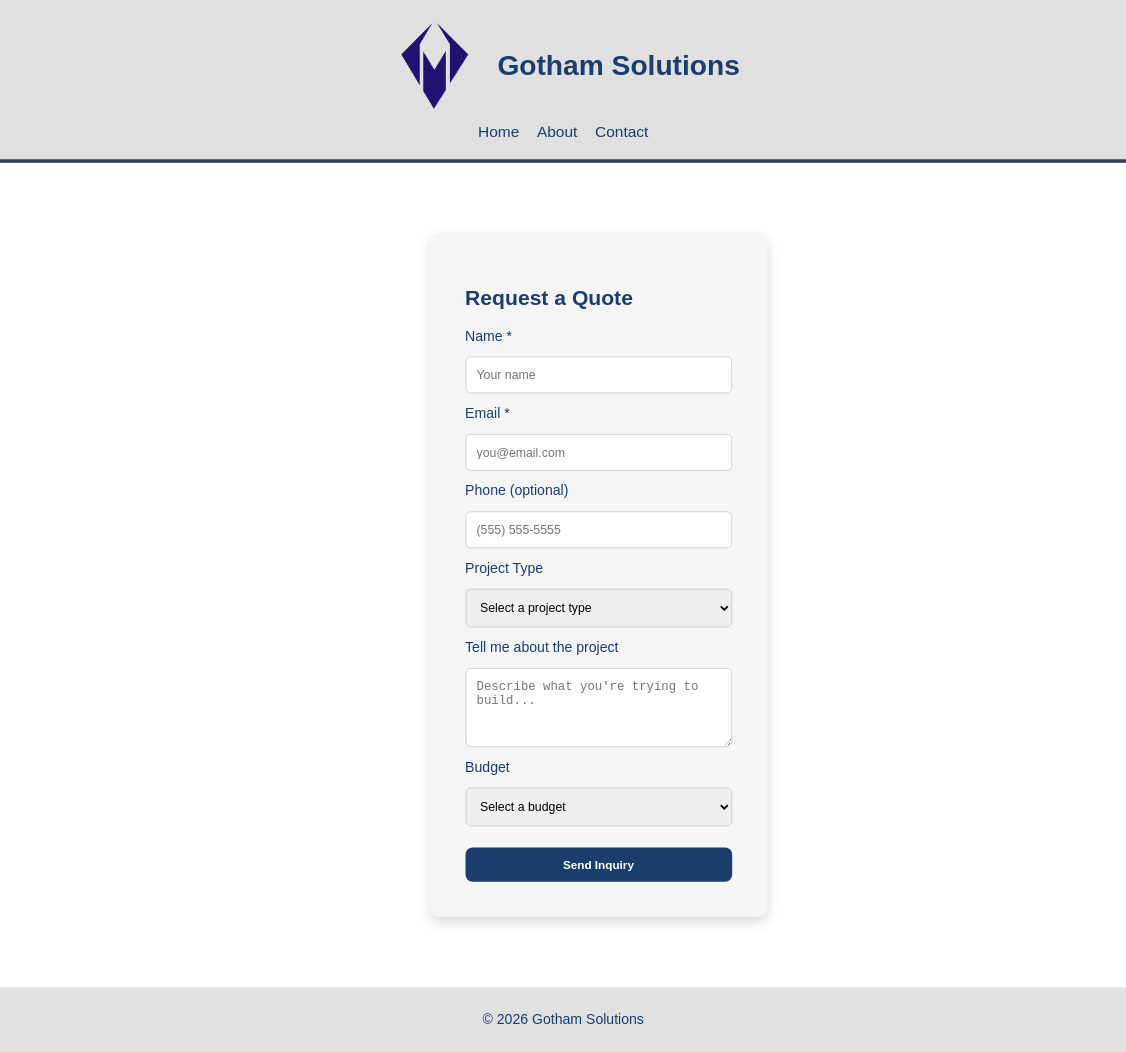
Repository: kmm569/gothamsolutions
Page: contact.html
These files come from the project's save history. The page is drawn as it stood at one moment and after a run of saves; the edit follows.
The browser window is 1280 px wide. The pictures show the whole page, at 88% of full size.

Above is the page before, as saved 2026-03-06 13:24:41.

### contact.html
<!DOCTYPE html>
<html lang="en">

<head>

	<meta charset="UTF-8">
	<meta name="viewport" content="width=device-width, initial-scale=1.0">

	<title>Contact - Gotham Solutions</title>

	<link rel="stylesheet" href="styles.css">
<link rel="icon" href="./icons/favicon.ico">
</head>

<body>

<header>

	<div class="logo-container">
		<img src="LogoSolo.png" alt="Gotham Solutions Logo" class="logo">
		<h1>Gotham Solutions</h1>
	</div>

	<nav>
		<ul>
			<li><a href="index.html" class="nav-link">Home</a></li>
			<li><a href="about.html" class="nav-link">About</a></li>
			<li><a href="contact.html" class="nav-link">Contact</a></li>
		</ul>
	</nav>

</header>

<main>
<section class="contact-section">
<div class="form-card">

<h2>Request a Quote</h2>

<form id="contactForm">

	<label>Name *</label>
	<input
		type="text"
		name="name"
		required
		minlength="2"
		placeholder="Your name"
	>

	<label>Email *</label>
	<input
		type="email"
		name="email"
		required
		placeholder="you@email.com"
	>

	<label>Phone (optional)</label>
	<input
		type="tel"
		name="phone"
		pattern="[0-9+\-\(\)\s]{7,}"
		placeholder="(555) 555-5555"
	>

	<label>Project Type</label>
	<select name="projectType">

		<option value="">Select a project type</option>
		<option>Google Sheets Dashboard</option>
		<option>Spreadsheet Automation</option>
		<option>Workflow Tracker</option>
		<option>Data Cleanup / Organization</option>
		<option>Other</option>

	</select>

	<label>Tell me about the project</label>

	<textarea
		name="details"
		rows="4"
		placeholder="Describe what you're trying to build..."
	></textarea>

	<label>Budget</label>

	<select name="budget">

		<option value="">Select a budget</option>
		<option>Unsure</option>
		<option>Under $50</option>
		<option>$50 – $150</option>
		<option>$150 – $500</option>
		<option>$500+</option>

	</select>

	<input type="hidden" name="template" id="templateField">
	<input type="hidden" name="source" id="sourceField">

	<button type="submit" class="submit-button">
		Send Inquiry
	</button>

</form>

<div id="formMessage"></div>

</div>
</section>
</main>

<footer>
	<p>&copy; 2026 Gotham Solutions</p>
</footer>

<script>

const scriptURL = "https://script.google.com/macros/s/AKfycbxc9_hlQCGvBhvR8CTxNIYGdBt7pfNBy3m51jCEInJPqs_rvo7NSJcQvLVQ2DQR7OGX/exec";

const form = document.getElementById("contactForm");
const templateField = document.getElementById("templateField");
const sourceField = document.getElementById("sourceField");
const messageBox = document.getElementById("formMessage");

const params = new URLSearchParams(window.location.search);

const storedTemplate = sessionStorage.getItem("template");
const storedSource = sessionStorage.getItem("source");

if (params.has("template")) {
	templateField.value = params.get("template");
	sessionStorage.setItem("template", params.get("template"));
} else if (storedTemplate) {
	templateField.value = storedTemplate;
}

if (params.has("source")) {
	sourceField.value = params.get("source");
	sessionStorage.setItem("source", params.get("source"));
} else if (storedSource) {
	sourceField.value = storedSource;
} else {
	sourceField.value = "Website";
}

let submitting = false;

form.addEventListener("submit", function(e){

	if(submitting){
		return;
	}

	submitting = true;

	e.preventDefault();

	const submitBtn = form.querySelector("button");
	submitBtn.disabled = true;
	submitBtn.textContent = "Sending...";

	const formData = new FormData(form);
	const data = Object.fromEntries(formData.entries());

	e.preventDefault();

	fetch(scriptURL, {
		method: "POST",
		mode: "no-cors",
		body: formData
	})
	.then(() => {

	setTimeout(()=>{
		submitting = false;
		submitBtn.disabled = false;
		submitBtn.textContent = "Send Inquiry";
	},60000);

	form.style.display = "none";

		messageBox.style.display = "block";
		messageBox.innerHTML =
			"<strong>Thanks! Your inquiry has been sent.</strong><br>I usually respond within 24 hours.";

	})
	.catch(err => {

		console.error(err);

		messageBox.style.display = "block";
		messageBox.innerHTML =
			"Something went wrong. Please try again.";

	});

});

</script>

</body>
</html>

### styles.css
body{
	background:#ffffff;
	color:#1A3D6B;
	font-family:Arial, sans-serif;
	margin:0;
	padding:0;
	display:flex;
	flex-direction:column;
	min-height:100vh;
}

header{
	background:#E0E0E0;
	padding:20px;
	border-bottom:4px solid #2C3E50;
	display:flex;
	flex-direction:column;
	align-items:center;
}

.logo-container{
	display:flex;
	align-items:center;
	gap:16px;
	margin-bottom:10px;
}

.logo{
	width:110px;
}

nav ul{
	list-style:none;
	display:flex;
	gap:20px;
	padding:0;
	margin:0;
}

.nav-link{
	text-decoration:none;
	color:#1A3D6B;
	font-size:1.1em;
}

.nav-link:hover{
	color:#16A085;
}

main{
	flex:1;
	padding:20px 20px;
	max-width:1100px;
	margin:auto;
}


/* HERO */

.hero{
	text-align:center;
	margin-bottom:50px;
}

.hero h2{
	font-size:2em;
	margin-bottom:15px;
}

.hero-text{
	max-width:650px;
	margin:auto;
	font-size:1.1em;
	line-height:1.5;
}

.hero-buttons{
	margin-top:20px;
	display:flex;
	gap:15px;
	justify-content:center;
	flex-wrap:wrap;
}


/* BUTTONS */

.button-primary{
	background:#1A3D6B;
	color:white;
	padding:12px 24px;
	border-radius:8px;
	text-decoration:none;
	font-weight:bold;
}

.button-secondary{
	background:#16A085;
	color:white;
	padding:12px 24px;
	border-radius:8px;
	text-decoration:none;
	font-weight:bold;
}


/* SERVICES */

.services{
	margin-bottom:50px;
}

.services h2{
	text-align:center;
	margin-bottom:25px;
}

.service-grid{
	display:grid;
	grid-template-columns:repeat(auto-fit,minmax(220px,1fr));
	gap:20px;
}

.service-card{
	background:#F5F5F5;
	padding:20px;
	border-radius:10px;
	box-shadow:0 4px 10px rgba(0,0,0,0.1);
}


/* PROCESS */

.process{
	margin-bottom:20px;
}

.process h2{
	text-align:center;
	margin-bottom:25px;
}

.process-grid{
	display:grid;
	grid-template-columns:repeat(auto-fit,minmax(220px,1fr));
	gap:20px;
}

.process-step{
	background:#F5F5F5;
	padding:20px;
	border-radius:10px;
	box-shadow:0 4px 10px rgba(0,0,0,0.1);
}


/* CTA */

.cta{
	text-align:center;
	background:#F5F5F5;
	padding:30px;
	border-radius:10px;
	max-width:700px;
	margin:0 auto;
}


.cta p{
	max-width:600px;
	margin:10px auto 20px auto;
}




/* FORM */

.contact-section{
	max-width:900px;
	margin:60px auto;
	padding:0 20px;
}
.form-card{
	background:#F5F5F5;
	padding:40px;
	border-radius:10px;
	box-shadow:0 6px 14px rgba(0,0,0,0.15);

	width:100%;
}

.form-card form{
	width:100%;
}

form{
	display:flex;
	flex-direction:column;
	gap:14px;
}

input,
select,
textarea{
	width:100%;
	padding:14px;
	font-size:15px;
}

.submit-button{
	margin-top:10px;
	padding:12px;
	border:none;
	background:#1A3D6B;
	color:white;
	font-weight:bold;
	border-radius:8px;
	cursor:pointer;
}

.submit-button:hover{
	background:#163457;
}

input,
select,
textarea{
	width:100%;
	padding:12px;
	border-radius:6px;
	border:1px solid #ccc;
	font-size:14px;
	box-sizing:border-box;
}

/* WHY SECTION */

.why-section{
	margin-top:50px;
	background:#F5F5F5;
	padding:30px;
	border-radius:10px;
	box-shadow:0 4px 10px rgba(0,0,0,0.1);
}

.why-section h2{
	text-align:center;
	margin-bottom:10px;
}

.why-section > p{
	text-align:center;
	max-width:650px;
	margin:0 auto 25px auto;
}

footer{
	background:#E0E0E0;
	padding:12px;
	text-align:center;
}

/* WHY GOTHAM SOLUTIONS LIST */

.about-points{
	list-style:none;
	padding:0;
	margin-top:20px;

	display:flex;
	flex-direction:column;
	gap:18px;
}

.about-points li{
	position:relative;
	padding-left:34px;
	line-height:1.5;
}

.about-points li::before{
	content:"";

	position:absolute;
	left:0;
	top:3px;

	width:16px;
	height:16px;

	background-color:#2C3E50;

	mask:url("/icons/target.svg") no-repeat center;
	mask-size:contain;

	-webkit-mask:url("/icons/target.svg") no-repeat center;
	-webkit-mask-size:contain;
}

After the next 2 saves:
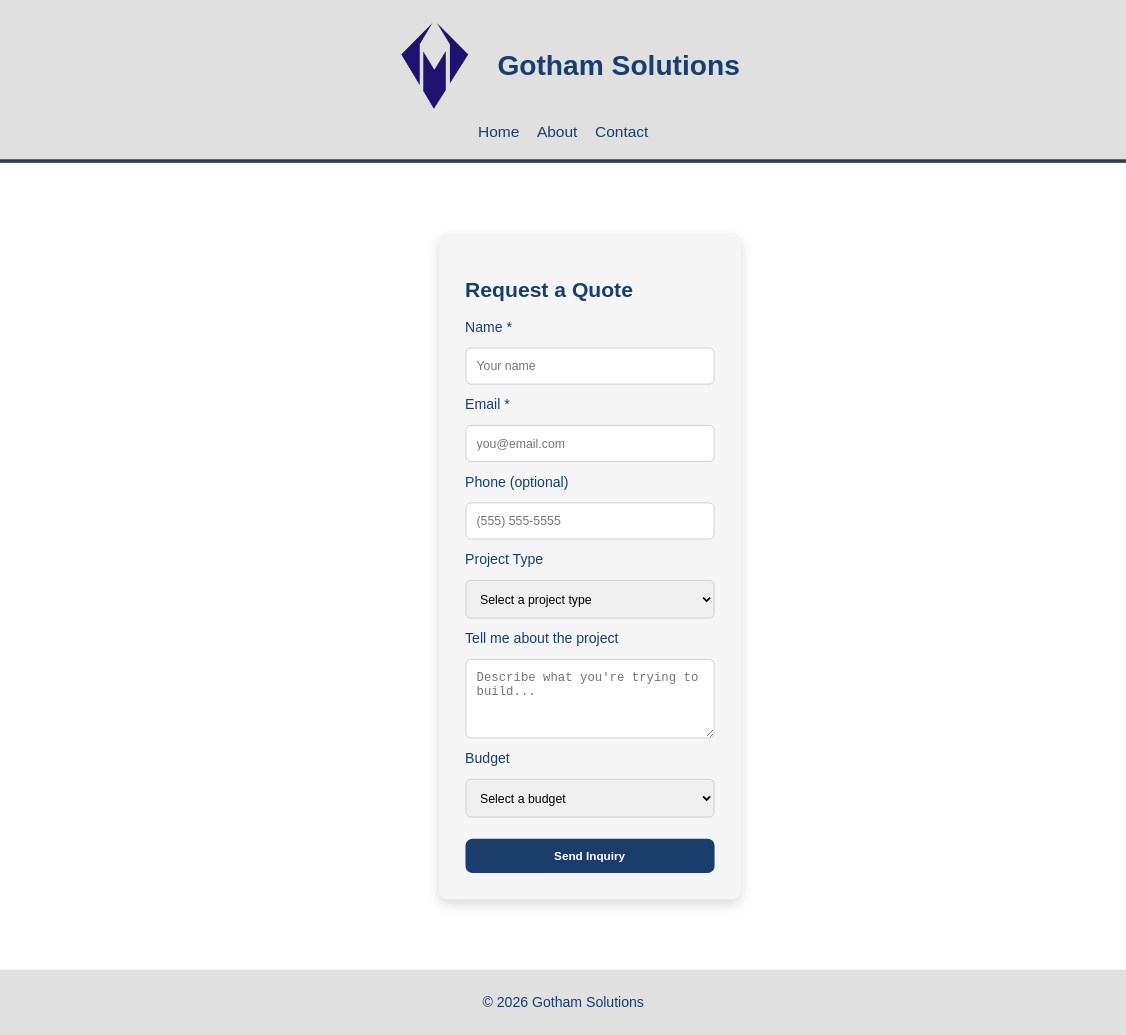
The 2 saves are shown as one change because they came seconds apart.
The last was saved 2 min 31 s later.
--- a/styles.css
+++ b/styles.css
@@ -181,13 +181,17 @@ main{
 	margin:60px auto;
 	padding:0 20px;
 }
+
 .form-card{
 	background:#F5F5F5;
-	padding:40px;
+	padding:30px;
 	border-radius:10px;
 	box-shadow:0 6px 14px rgba(0,0,0,0.15);
 
+	max-width:900px;
 	width:100%;
+
+	margin:40px auto;
 }
 
 .form-card form{
